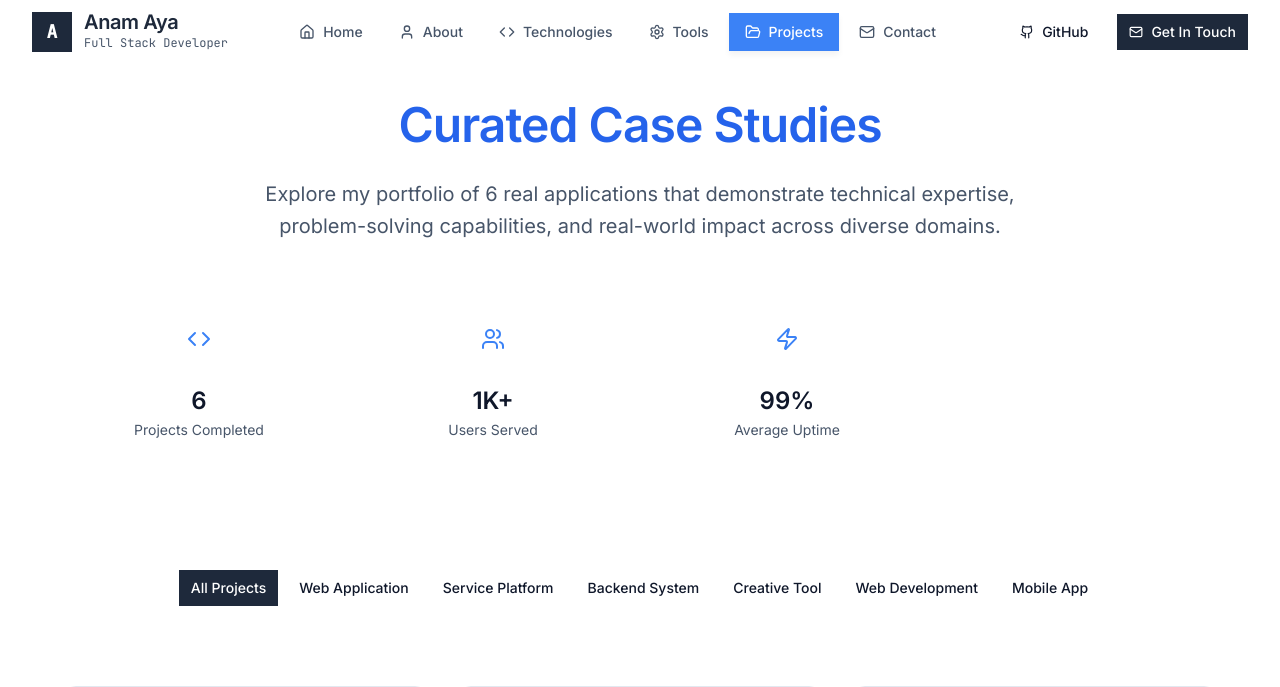
Repository: ayaaas/portflio_aya
Page: /projects-curated-case-studies
An editor plug-in stored every save of this project. The page is shown before and after the next save, followed by the edit.
The browser window is 1280 px wide. The pictures show the part of the page from y = 0 to 687 px (the page is 2547 px tall).
Pictures or frames that could not be fetched are drawn as grey boxes. The project was rebuilt for these pictures with package versions that can differ from the ones it lists, and the page was loaded fresh each time. Also part of the build but not shown: vite.config.mjs, src/components/ErrorBoundary.jsx, src/pages/hero-section-developer-portfolio/components/ProfileImage.jsx, src/pages/hero-section-developer-portfolio/components/AnimatedText.jsx, src/pages/hero-section-developer-portfolio/components/HeroContent.jsx, src/pages/hero-section-developer-portfolio/components/BackgroundPattern.jsx, src/pages/hero-section-developer-portfolio/components/ScrollIndicator.jsx, src/pages/hero-section-developer-portfolio/index.jsx and 24 more.

Above is the page before, as saved 2025-07-18 23:58:35.

### index.html
<!doctype html>
<html lang="en">

<head>
  <meta charset="utf-8" />
  <title>anam-aya-portfolio</title>
  <meta name="viewport" content="width=device-width, initial-scale=1.0" />
  <meta name="theme-color" content="#000000" />
  <meta name="description" content="Web site created using create-react-app" />
  <link rel="icon" href="/favicon.ico" />
  <link rel="manifest" href="/manifest.json" />
<script type="module" src="https://static.rocket.new/rocket-web.js?_cfg=https%3A%2F%2Fanamayap2173back.builtwithrocket.new&_be=https%3A%2F%2Fapplication.rocket.new&_v=0.1.6"></script>
</head>

<body>
  <noscript>You need to enable JavaScript to run this app.</noscript>
  <div class="dhiwise-code" id="root"></div>
  <script type="module" src="/src/index.jsx"></script>
</body>

</html>

### src/Routes.jsx
import React from "react";
import { BrowserRouter, Routes as RouterRoutes, Route } from "react-router-dom";
import ScrollToTop from "components/ScrollToTop";
import ErrorBoundary from "components/ErrorBoundary";
// Add your imports here
import HeroSectionDeveloperPortfolio from "pages/hero-section-developer-portfolio";
import AboutMePersonalNarrative from "pages/about-me-personal-narrative";
import ToolsProfessionalWorkflowDisplay from "pages/tools-professional-workflow-display";
import ContactCommunicationPortal from "pages/contact-communication-portal";
import TechnologiesInteractiveStackShowcase from "pages/technologies-interactive-stack-showcase";
import ProjectsCuratedCaseStudies from "pages/projects-curated-case-studies";
import NotFound from "pages/NotFound";

const Routes = () => {
  return (
    <BrowserRouter>
      <ErrorBoundary>
      <ScrollToTop />
      <RouterRoutes>
        {/* Define your routes here */}
        <Route path="/" element={<HeroSectionDeveloperPortfolio />} />
        <Route path="/hero-section-developer-portfolio" element={<HeroSectionDeveloperPortfolio />} />
        <Route path="/about-me-personal-narrative" element={<AboutMePersonalNarrative />} />
        <Route path="/tools-professional-workflow-display" element={<ToolsProfessionalWorkflowDisplay />} />
        <Route path="/contact-communication-portal" element={<ContactCommunicationPortal />} />
        <Route path="/technologies-interactive-stack-showcase" element={<TechnologiesInteractiveStackShowcase />} />
        <Route path="/projects-curated-case-studies" element={<ProjectsCuratedCaseStudies />} />
        <Route path="*" element={<NotFound />} />
      </RouterRoutes>
      </ErrorBoundary>
    </BrowserRouter>
  );
};

export default Routes;

### src/pages/projects-curated-case-studies/index.jsx
import React, { useState, useEffect } from 'react';
import { motion } from 'framer-motion';
import Header from '../../components/ui/Header';
import ProjectCard from './components/ProjectCard';
import ProjectModal from './components/ProjectModal';
import ProjectFilter from './components/ProjectFilter';
import ProjectStats from './components/ProjectStats';

const ProjectsCuratedCaseStudies = () => {
  const [selectedProject, setSelectedProject] = useState(null);
  const [isModalOpen, setIsModalOpen] = useState(false);
  const [activeCategory, setActiveCategory] = useState('All');
  const [filteredProjects, setFilteredProjects] = useState([]);
  const [currentProjectIndex, setCurrentProjectIndex] = useState(0);

  // Real project data - only 6 projects as per user's actual work
  const projects = [
    {
      id: 1,
      title: "ANP Reservation Platform",
      category: "Web Application",
      description: "A comprehensive reservation platform for ANP with booking management, user authentication, and real-time availability tracking.",
      detailedDescription: "ANP Reservation Platform is a full-stack web application designed to streamline the booking process for ANP services. Features include user authentication, real-time availability checking, booking management, and automated confirmation systems.",
      image: "https://images.unsplash.com/photo-1556742049-0cfed4f6a45d?w=800&h=600&fit=crop",
      additionalImages: [
        "https://images.unsplash.com/photo-1563013544-824ae1b704d3?w=400&h=300&fit=crop",
        "https://images.unsplash.com/photo-1556742111-a301076d9d18?w=400&h=300&fit=crop"
      ],
      technologies: ["React", "Node.js", "MongoDB", "Express", "JWT", "Tailwind CSS"],
      keyFeatures: [
        "User authentication and authorization",
        "Real-time booking availability",
        "Automated confirmation system",
        "Booking management dashboard",
        "Responsive design",
        "Secure payment processing"
      ],
      status: "Live",
      metrics: [
        { value: "99%", label: "Uptime" },
        { value: "2s", label: "Load Time" },
        { value: "100+", label: "Bookings" },
        { value: "4.8/5", label: "User Rating" }
      ]
    },
    {
      id: 2,
      title: "UEvent - Agency Services Platform",
      category: "Service Platform",
      description: "Curated list of agencies with transparent pricing, verified providers, and detailed cost breakdowns to avoid hidden fees.",
      detailedDescription: "UEvent is a B2C service platform connecting clients with verified agencies. Features transparent pricing with detailed cost breakdowns, verified provider listings, and a dedicated platform for agencies to showcase their work and attract potential clients.",
      image: "https://images.unsplash.com/photo-1611224923853-80b023f02d71?w=800&h=600&fit=crop",
      additionalImages: [
        "https://images.unsplash.com/photo-1552664730-d307ca884978?w=400&h=300&fit=crop",
        "https://images.unsplash.com/photo-1460925895917-afdab827c52f?w=400&h=300&fit=crop"
      ],
      technologies: ["React", "Node.js", "MongoDB", "Express", "Stripe", "Tailwind CSS"],
      keyFeatures: [
        "Curated list of verified agencies",
        "Transparent pricing structure",
        "Detailed cost breakdowns",
        "Agency portfolio showcase",
        "Client review system",
        "Secure payment processing",
        "Enhanced client acquisition tools",
        "Reputation management system"
      ],
      status: "Live",
      metrics: [
        { value: "50+", label: "Agencies" },
        { value: "200+", label: "Clients" },
        { value: "4.9/5", label: "Rating" },
        { value: "95%", label: "Satisfaction" }
      ]
    },
    {
      id: 3,
      title: "Marketplace Backend",
      category: "Backend System",
      description: "Robust backend system for marketplace applications with user management, product catalog, and order processing capabilities.",
      detailedDescription: "A comprehensive backend system designed for marketplace applications. Features include user authentication, product management, order processing, payment integration, and real-time notifications.",
      image: "https://images.unsplash.com/photo-1611162617474-5b21e879e113?w=800&h=600&fit=crop",
      additionalImages: [
        "https://images.unsplash.com/photo-1522202176988-66273c2fd55f?w=400&h=300&fit=crop",
        "https://images.unsplash.com/photo-1573164713714-d95e436ab8d6?w=400&h=300&fit=crop"
      ],
      technologies: ["Node.js", "Express", "PostgreSQL", "JWT", "Stripe API", "Socket.io"],
      keyFeatures: [
        "RESTful API architecture",
        "User authentication system",
        "Product catalog management",
        "Order processing system",
        "Payment integration",
        "Real-time notifications",
        "Database optimization",
        "Security middleware"
      ],
      status: "Live",
      metrics: [
        { value: "99.9%", label: "Uptime" },
        { value: "50ms", label: "Response Time" },
        { value: "1000+", label: "API Calls/day" },
        { value: "Zero", label: "Security Issues" }
      ]
    },
    {
      id: 4,
      title: "Abstract Palette",
      category: "Creative Tool",
      description: "Digital art and color palette generation tool for designers and artists to create and manage color schemes.",
      detailedDescription: "Abstract Palette is a creative tool designed for digital artists and designers. It provides advanced color palette generation, color harmony analysis, and palette management features.",
      image: "https://images.unsplash.com/photo-1554224155-6726b3ff858f?w=800&h=600&fit=crop",
      additionalImages: [
        "https://images.unsplash.com/photo-1579621970563-ebec7560ff3e?w=400&h=300&fit=crop",
        "https://images.unsplash.com/photo-1551288049-bebda4e38f71?w=400&h=300&fit=crop"
      ],
      technologies: ["React", "Canvas API", "Color Theory Algorithms", "Local Storage", "CSS3"],
      keyFeatures: [
        "Color palette generation",
        "Color harmony analysis",
        "Palette export functionality",
        "Color accessibility checker",
        "Gradient generator",
        "Color picker tools",
        "Save and organize palettes",
        "Mobile-responsive design"
      ],
      status: "Live",
      metrics: [
        { value: "500+", label: "Palettes Created" },
        { value: "100+", label: "Users" },
        { value: "4.7/5", label: "Rating" },
        { value: "90%", label: "Return Rate" }
      ]
    },
    {
      id: 5,
      title: "Next.js Company Landing Page",
      category: "Web Development",
      description: "Modern, responsive company landing page built with Next.js featuring optimized performance and SEO.",
      detailedDescription: "A professional company landing page built with Next.js, featuring server-side rendering, optimized performance, SEO optimization, and responsive design. Includes contact forms, service sections, and modern UI components.",
      image: "https://images.unsplash.com/photo-1522202176988-66273c2fd55f?w=800&h=600&fit=crop",
      additionalImages: [
        "https://images.unsplash.com/photo-1516321318423-f06f85e504b3?w=400&h=300&fit=crop",
        "https://images.unsplash.com/photo-1434030216411-0b793f4b4173?w=400&h=300&fit=crop"
      ],
      technologies: ["Next.js", "React", "Tailwind CSS", "Vercel", "SEO Optimization"],
      keyFeatures: [
        "Server-side rendering",
        "SEO optimization",
        "Responsive design",
        "Performance optimization",
        "Contact form integration",
        "Modern UI components",
        "Fast loading times",
        "Mobile-first approach"
      ],
      status: "Live",
      metrics: [
        { value: "95", label: "Lighthouse Score" },
        { value: "1.2s", label: "Load Time" },
        { value: "98%", label: "Mobile Score" },
        { value: "A+", label: "SEO Grade" }
      ]
    },
    {
      id: 6,
      title: "Music Appl - Flutter Music Streaming App",
      category: "Mobile App",
      description: "Flutter mobile music streaming app with personalized recommendations, offline storage, and seamless audio playback.",
      detailedDescription: "Music Appl is a Flutter mobile music streaming app designed for personalized listening experiences. Features include favorite mechanism, recommendation system based on genres, navigation drawer, light/dark themes, SQFLite for offline storage, and audioplayers for seamless playback.",
      image: "https://images.unsplash.com/photo-1493225457124-a3eb161ffa5f?w=800&h=600&fit=crop",
      additionalImages: [
        "https://images.unsplash.com/photo-1514320291840-2e0a9bf2a9ae?w=400&h=300&fit=crop",
        "https://images.unsplash.com/photo-1487180144351-b8472da7d491?w=400&h=300&fit=crop"
      ],
      technologies: ["Flutter", "Dart", "SQFLite", "Audioplayers", "Material Design"],
      keyFeatures: [
        "Favorite songs mechanism",
        "Genre-based recommendations",
        "Navigation drawer interface",
        "Light and dark themes",
        "Offline music storage with SQFLite",
        "Seamless audio playback",
        "Play, pause, stop controls",
        "Background audio playback",
        "Multiple audio format support",
        "Playlist creation (in development)",
        "User login system (planned)",
        "Social sharing (planned)"
      ],
      status: "In Development",
      metrics: [
        { value: "1000+", label: "Songs Supported" },
        { value: "5", label: "Audio Formats" },
        { value: "100%", label: "Offline Capable" },
        { value: "4.5/5", label: "User Feedback" }
      ]
    }
  ];

  // Project statistics - updated to reflect actual 6 projects
  const projectStats = [
    { icon: "Code", value: "6", label: "Projects Completed" },
    { icon: "Users", value: "1K+", label: "Users Served" },
    { icon: "Zap", value: "99%", label: "Average Uptime" }
  ];

  // Get unique categories
  const categories = [...new Set(projects.map(project => project.category))];

  // Filter projects based on active category
  useEffect(() => {
    if (activeCategory === 'All') {
      setFilteredProjects(projects);
    } else {
      setFilteredProjects(projects.filter(project => project.category === activeCategory));
    }
  }, [activeCategory]);

  // Auto-scroll projects every 30 seconds
  useEffect(() => {
    const interval = setInterval(() => {
      setCurrentProjectIndex((prevIndex) => (prevIndex + 1) % projects.length);
    }, 30000);

    return () => clearInterval(interval);
  }, [projects.length]);

  const handleViewDetails = (project) => {
    setSelectedProject(project);
    setIsModalOpen(true);
  };

  const handleCloseModal = () => {
    setIsModalOpen(false);
    setSelectedProject(null);
  };

  const handleCategoryChange = (category) => {
    setActiveCategory(category);
  };

  return (
    <div className="min-h-screen bg-background">
      <Header />

      {/* Hero Section */}
      <section className="pt-24 pb-16 px-6 lg:px-8">
        <div className="max-w-6xl mx-auto text-center">
          <motion.div
            initial={{ opacity: 0, y: 30 }}
            animate={{ opacity: 1, y: 0 }}
            transition={{ duration: 0.8 }}
          >
            <h1 className="text-4xl md:text-5xl font-bold text-blue-600 mb-6">
              Curated Case Studies
            </h1>
            <p className="text-xl text-text-secondary max-w-3xl mx-auto leading-relaxed">
              Explore my portfolio of 6 real applications that demonstrate technical expertise,
              problem-solving capabilities, and real-world impact across diverse domains.
            </p>
          </motion.div>
        </div>
      </section>

      {/* Project Statistics */}
      <section className="pb-16 px-6 lg:px-8">
        <div className="max-w-6xl mx-auto">
          <motion.div
            initial={{ opacity: 0, y: 30 }}
            animate={{ opacity: 1, y: 0 }}
            transition={{ duration: 0.8, delay: 0.2 }}
          >
            <ProjectStats stats={projectStats} />
          </motion.div>
        </div>
      </section>

      {/* Project Filter */}
      <section className="pb-8 px-6 lg:px-8">
        <div className="max-w-6xl mx-auto">
          <motion.div
            initial={{ opacity: 0, y: 30 }}
            animate={{ opacity: 1, y: 0 }}
            transition={{ duration: 0.8, delay: 0.4 }}
          >
            <ProjectFilter
              categories={categories}
              activeCategory={activeCategory}
              onCategoryChange={handleCategoryChange}
            />
          </motion.div>
        </div>
      </section>

      {/* Projects Grid */}
      <section className="pb-20 px-6 lg:px-8">
        <div className="max-w-6xl mx-auto">
          <motion.div
            initial={{ opacity: 0 }}
            animate={{ opacity: 1 }}
            transition={{ duration: 0.8, delay: 0.6 }}
            className="grid grid-cols-1 md:grid-cols-2 lg:grid-cols-3 gap-8"
          >
            {filteredProjects.map((project, index) => (
              <motion.div
                key={project.id}
                initial={{ opacity: 0, y: 30 }}
                animate={{ opacity: 1, y: 0 }}
                transition={{ duration: 0.6, delay: index * 0.1 }}
              >
                <ProjectCard
                  project={project}
                  onViewDetails={handleViewDetails}
                />
              </motion.div>
            ))}
          </motion.div>
        </div>
      </section>

      {/* Call to Action */}
      <section className="py-20 px-6 lg:px-8 bg-muted">
        <div className="max-w-4xl mx-auto text-center">
          <motion.div
            initial={{ opacity: 0, y: 30 }}
            animate={{ opacity: 1, y: 0 }}
            transition={{ duration: 0.8 }}
          >
            <h2 className="text-3xl font-bold text-blue-600 mb-6">
              Ready to Start Your Next Project?
            </h2>
            <p className="text-lg text-text-secondary mb-8 max-w-2xl mx-auto">
              Let's collaborate to bring your ideas to life with modern technology
              and thoughtful design. I'm always excited to work on challenging projects.
            </p>
            <div className="flex flex-col sm:flex-row gap-4 justify-center">
              <button
                onClick={() => window.location.href = '/contact-communication-portal'}
                className="px-8 py-3 bg-accent text-accent-foreground rounded-lg font-semibold hover-lift transition-all-300 flex items-center justify-center space-x-2"
              >
                <span>Get In Touch</span>
              </button>
              <button
                onClick={() => window.open('https://github.com/anamaya', '_blank')}
                className="px-8 py-3 border border-accent text-accent rounded-lg font-semibold hover-lift transition-all-300 flex items-center justify-center space-x-2"
              >
                <span>View All Projects</span>
              </button>
            </div>
          </motion.div>
        </div>
      </section>

      {/* Project Modal */}
      <ProjectModal
        project={selectedProject}
        isOpen={isModalOpen}
        onClose={handleCloseModal}
      />
    </div>
  );
};

export default ProjectsCuratedCaseStudies;

### src/components/ui/Button.jsx
import React from 'react';
import { Slot } from "@radix-ui/react-slot";
import { cva } from "class-variance-authority";
import { cn } from "../../utils/cn";
import Icon from '../AppIcon';

const buttonVariants = cva(
    "inline-flex items-center justify-center whitespace-nowrap rounded-md text-sm font-medium ring-offset-background transition-colors focus-visible:outline-none focus-visible:ring-2 focus-visible:ring-ring focus-visible:ring-offset-2 disabled:pointer-events-none disabled:opacity-50",
    {
        variants: {
            variant: {
                default: "bg-primary text-primary-foreground hover:bg-primary/90",
                destructive: "bg-destructive text-destructive-foreground hover:bg-destructive/90",
                outline: "border border-input hover:bg-accent hover:text-accent-foreground",
                secondary: "bg-secondary text-secondary-foreground hover:bg-secondary/80",
                ghost: "hover:bg-accent hover:text-accent-foreground",
                link: "text-primary underline-offset-4 hover:underline",
                success: "bg-success text-success-foreground hover:bg-success/90",
                warning: "bg-warning text-warning-foreground hover:bg-warning/90",
                danger: "bg-error text-error-foreground hover:bg-error/90",
            },
            size: {
                default: "h-10 px-4 py-2",
                sm: "h-9 rounded-md px-3",
                lg: "h-11 rounded-md px-8",
                icon: "h-10 w-10",
                xs: "h-8 rounded-md px-2 text-xs",
                xl: "h-12 rounded-md px-10 text-base",
            },
        },
        defaultVariants: {
            variant: "default",
            size: "default",
        },
    }
);

const Button = React.forwardRef(({
    className,
    variant,
    size,
    asChild = false,
    children,
    loading = false,
    iconName = null,
    iconPosition = 'left',
    iconSize = null,
    fullWidth = false,
    disabled = false,
    ...props
}, ref) => {
    const Comp = asChild ? Slot : "button";

    // Icon size mapping based on button size
    const iconSizeMap = {
        xs: 12,
        sm: 14,
        default: 16,
        lg: 18,
        xl: 20,
        icon: 16,
    };

    const calculatedIconSize = iconSize || iconSizeMap[size] || 16;

    // Loading spinner
    const LoadingSpinner = () => (
        <svg className="animate-spin -ml-1 mr-2 h-4 w-4" fill="none" viewBox="0 0 24 24">
            <circle className="opacity-25" cx="12" cy="12" r="10" stroke="currentColor" strokeWidth="4" />
            <path className="opacity-75" fill="currentColor" d="M4 12a8 8 0 018-8V0C5.373 0 0 5.373 0 12h4zm2 5.291A7.962 7.962 0 014 12H0c0 3.042 1.135 5.824 3 7.938l3-2.647z" />
        </svg>
    );

    // Icon rendering
    const renderIcon = () => {
        if (!iconName) return null;

        return (
            <Icon
                name={iconName}
                size={calculatedIconSize}
                className={cn(
                    children && iconPosition === 'left' && "mr-2",
                    children && iconPosition === 'right' && "ml-2"
                )}
            />
        );
    };

    return (
        <Comp
            className={cn(
                buttonVariants({ variant, size, className }),
                fullWidth && "w-full"
            )}
            ref={ref}
            disabled={disabled || loading}
            {...props}
        >
            {loading && <LoadingSpinner />}
            {iconName && iconPosition === 'left' && renderIcon()}
            {children}
            {iconName && iconPosition === 'right' && renderIcon()}
        </Comp>
    );
});

Button.displayName = "Button";

export default Button;

### src/pages/projects-curated-case-studies/components/ProjectFilter.jsx
import React from 'react';
import Button from '../../../components/ui/Button';

const ProjectFilter = ({ categories, activeCategory, onCategoryChange }) => {
  return (
    <div className="flex flex-wrap gap-2 justify-center mb-12">
      <Button
        variant={activeCategory === 'All' ? 'default' : 'outline'}
        size="sm"
        onClick={() => onCategoryChange('All')}
        className="transition-all-300"
      >
        All Projects
      </Button>
      {categories.map((category) => (
        <Button
          key={category}
          variant={activeCategory === category ? 'default' : 'outline'}
          size="sm"
          onClick={() => onCategoryChange(category)}
          className="transition-all-300"
        >
          {category}
        </Button>
      ))}
    </div>
  );
};

export default ProjectFilter;

### src/pages/projects-curated-case-studies/components/ProjectStats.jsx
import React from 'react';
import Icon from '../../../components/AppIcon';

const ProjectStats = ({ stats }) => {
  return (
    <div className="grid grid-cols-2 md:grid-cols-4 gap-6 mb-16">
      {stats.map((stat, index) => (
        <div key={index} className="text-center">
          <div className="w-16 h-16 bg-accent/10 rounded-full flex items-center justify-center mx-auto mb-4">
            <Icon name={stat.icon} size={24} className="text-accent" />
          </div>
          <div className="text-2xl font-bold text-text-primary mb-1">{stat.value}</div>
          <div className="text-sm text-text-secondary">{stat.label}</div>
        </div>
      ))}
    </div>
  );
};

export default ProjectStats;

Loaded but not shown: src/index.jsx (common file); src/App.jsx (common file); src/styles/tailwind.css (library); src/styles/index.css (common file); src/components/ScrollToTop.jsx (common file); src/components/AppIcon.jsx (common file); src/components/AppImage.jsx (common file); src/utils/cn.js (common file); tailwind.config.js (148 lines, source omitted); src/components/ui/Header.jsx (183 lines, source omitted); src/pages/projects-curated-case-studies/components/ProjectCard.jsx (118 lines, source omitted)

After the next save:
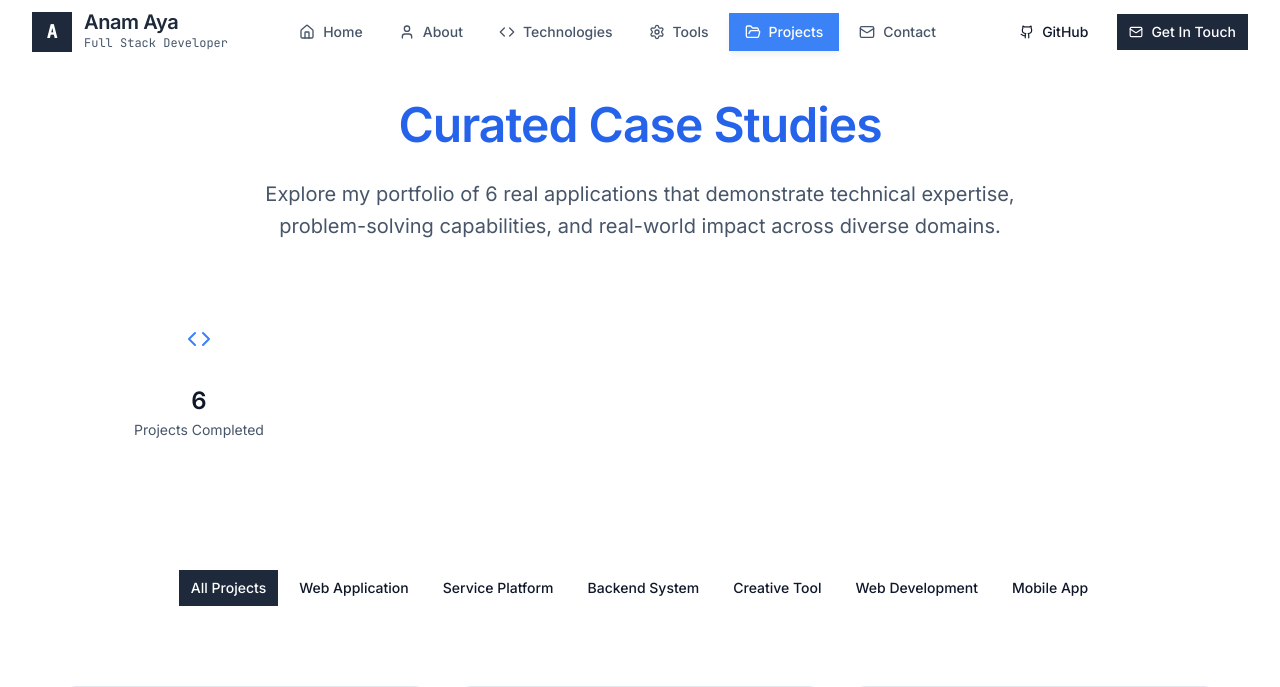
Saved 6 s later.
--- a/src/pages/projects-curated-case-studies/index.jsx
+++ b/src/pages/projects-curated-case-studies/index.jsx
@@ -202,8 +202,7 @@ const ProjectsCuratedCaseStudies = () => {
   // Project statistics - updated to reflect actual 6 projects
   const projectStats = [
     { icon: "Code", value: "6", label: "Projects Completed" },
-    { icon: "Users", value: "1K+", label: "Users Served" },
-    { icon: "Zap", value: "99%", label: "Average Uptime" }
+
   ];
 
   // Get unique categories
